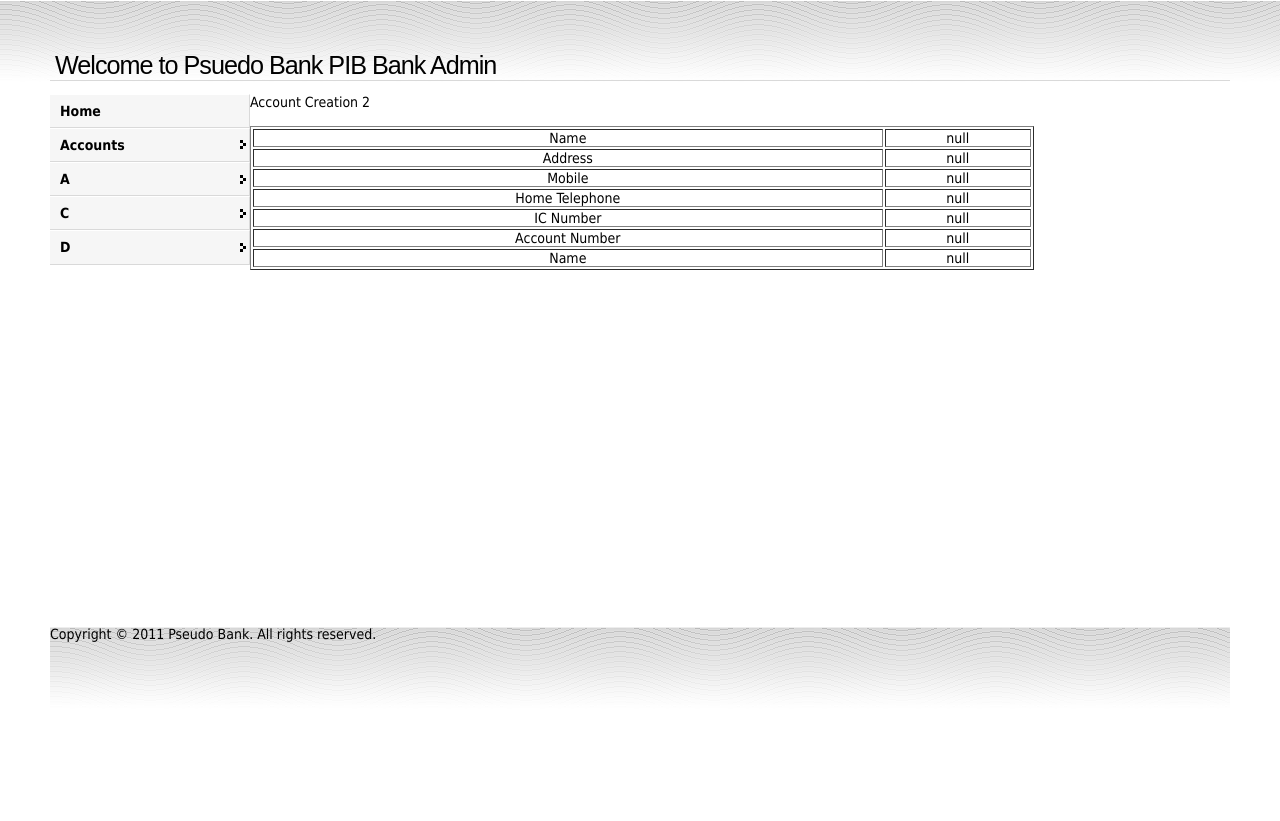
Repository: hareth12/Final-Year-Project
Page: http://localhost/bankAdmin/Account/accountCreation2.jsp
These files come from the project's save history. The page is drawn as it stood at one moment and after the next save; the edit follows.
The browser window is 1280 px wide. The pictures show the whole page.
The page is served by Tomcat 9. The template is opened directly, without the code that normally fills it, so the values that code supplies are empty.

Above is the page before, as saved 2011-09-30 04:57:58.

After the next save:
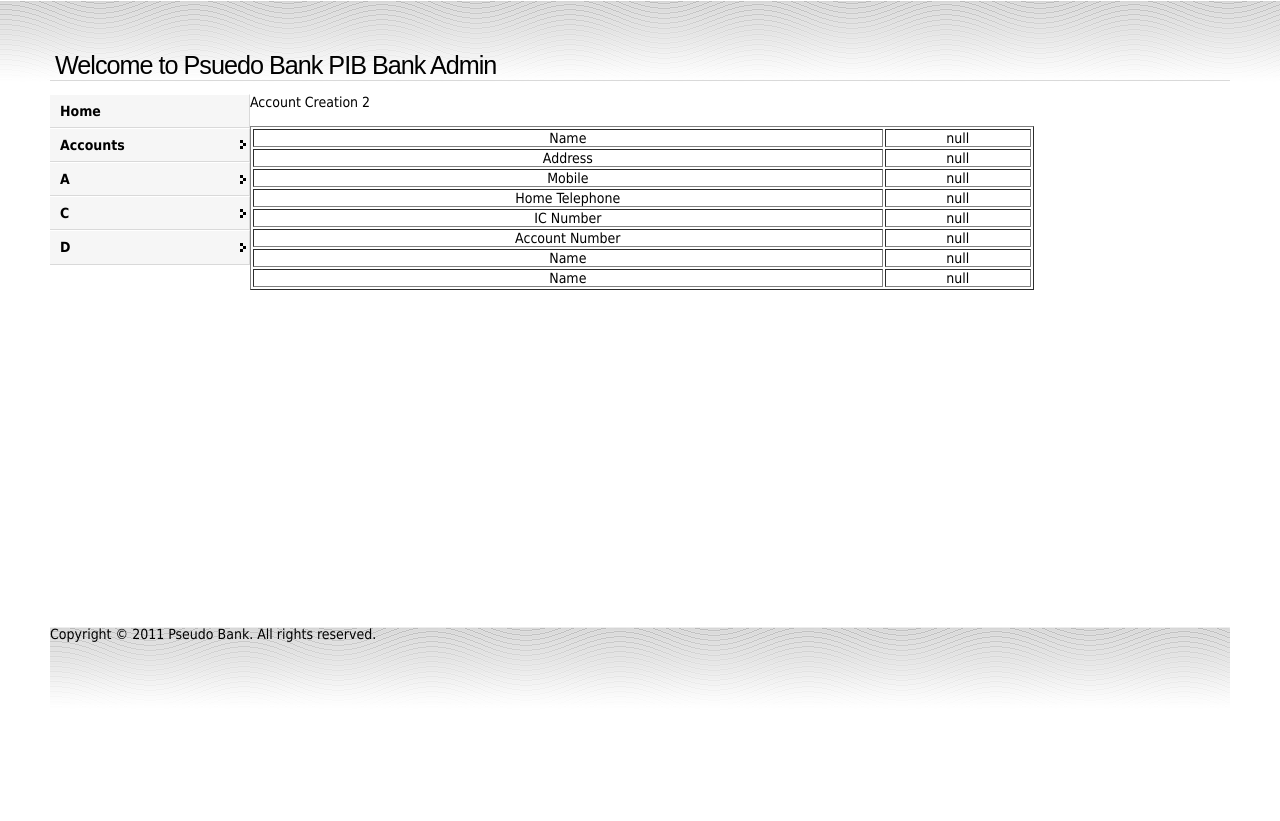
Saved 13 s later.
--- a/bankAdmin/WebContent/Account/accountCreation2.jsp
+++ b/bankAdmin/WebContent/Account/accountCreation2.jsp
@@ -87,7 +87,9 @@
 			<tr>
 			<td>Name </td><td> <%=request.getAttribute("custName")%>   </td>
 			</tr>
-
+			<tr>
+			<td>Name </td><td> <%=request.getAttribute("custName")%>   </td>
+			</tr>
 		</tbody>
 		</table>
 
